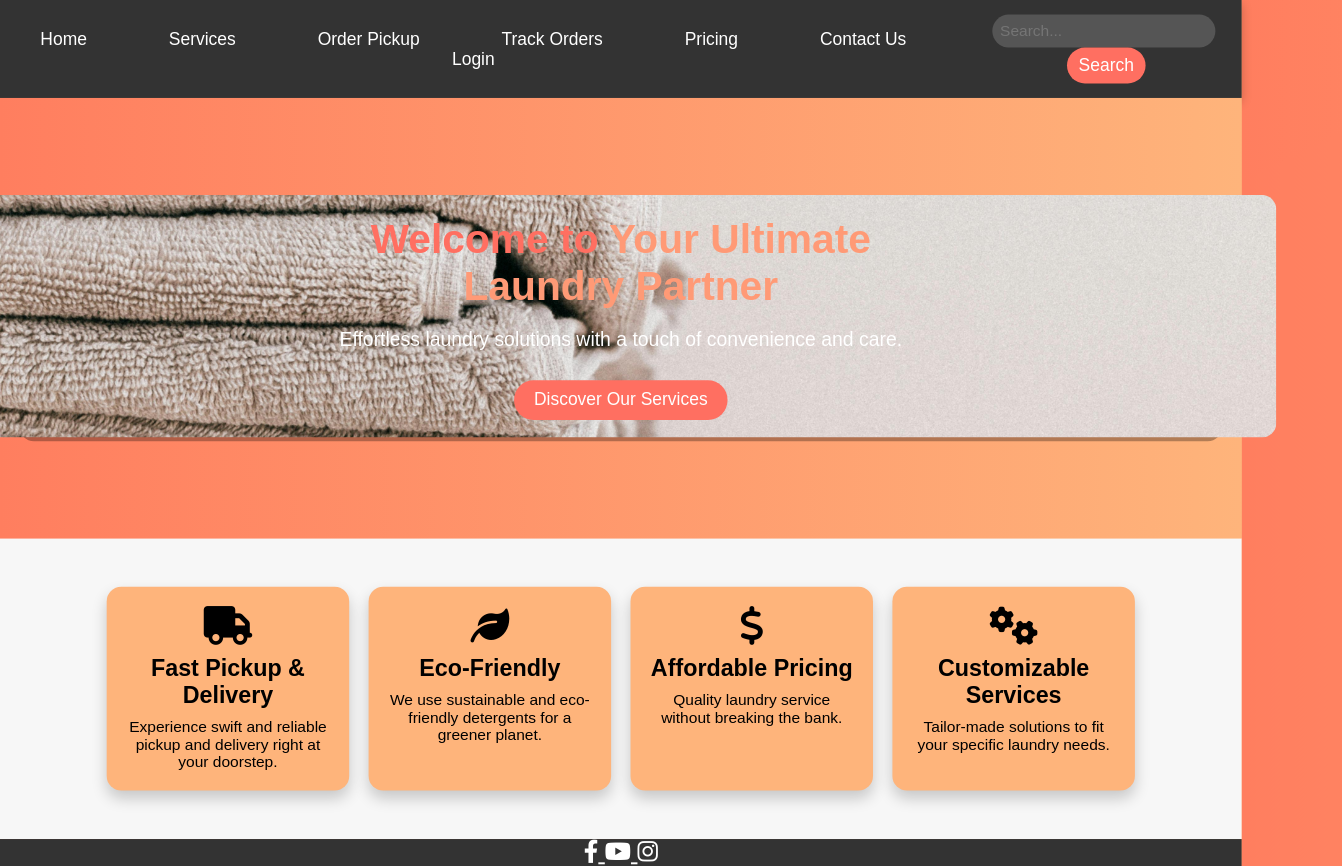
Repository: wmrmweerakoon/Online-Laundry-Management-System
Page: http://localhost/LaundryManagementSystem/home.jsp
These files come from the project's save history. The page is drawn as it stood at one moment and after the next save; the edit follows.
The browser window is 1280 px wide. The page is 1384 px wide, so the pictures cover 1384 px, including what lies to the right of the window. The pictures show the whole page, at 97% of full size.
The page is served by Tomcat 9.

Above is the page before, as saved 2024-10-08 03:58:41.

After the next save:
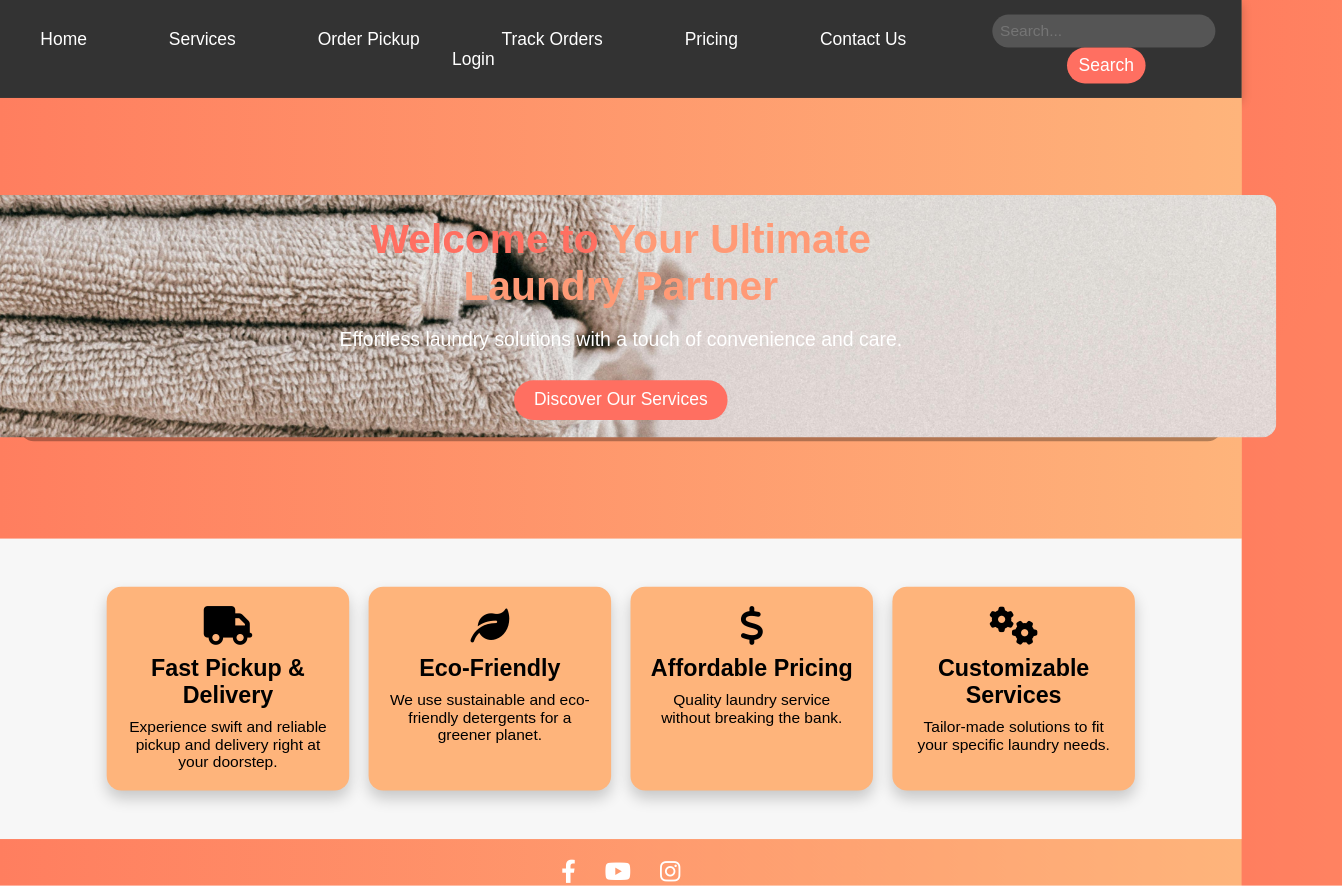
Saved 2 min 6 s later.
--- a/Projects/LaundryManagementSystem/src/main/webapp/CSS/home.css
+++ b/Projects/LaundryManagementSystem/src/main/webapp/CSS/home.css
@@ -273,28 +273,19 @@ button:hover {
 
 
 .social-media {
-    text-align: center;
-    padding: 20px 0;
-    background-color: var(--menu-bg-color); /* Match the menu bar color */
+    display: flex !important;
+    justify-content: center !important; /* Center the icons horizontally */
+    align-items: center !important; /* Center the icons vertically */
+    margin-top: 20px !important; /* Add space above the icons */
 }
 
 .social-media a {
-    color: var(--accent-color);
-    font-size: 24px;
-    margin: 0 15px;
-    transition: color 0.3s ease;
+    color: var(--accent-color) !important;
+    font-size: 24px !important;
+    margin: 0 15px !important;
+    transition: color 0.3s ease !important;
 }
 
 .social-media a:hover {
-    color: var(--primary-color);
-}
-
-.social-icon img {
-    width: 24px;
-    height: 24px;
-    transition: transform 0.3s ease;
-}
-
-.social-icon img:hover {
-    transform: scale(1.1);
-}
+    color: var(--primary-color) !important;
+}
